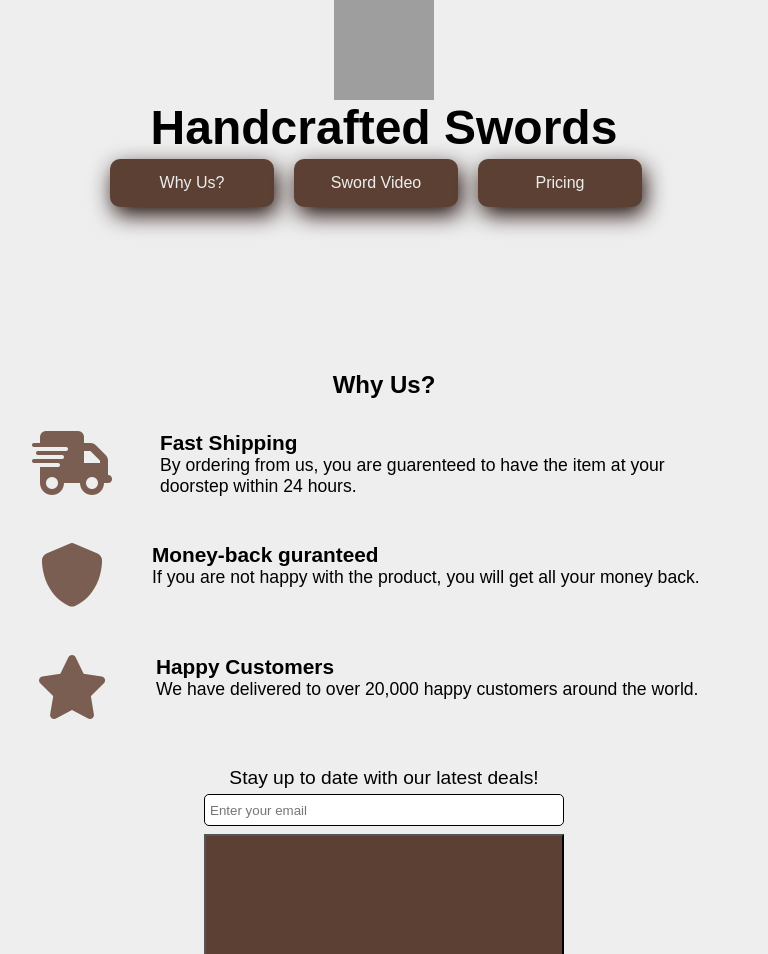
Repository: Pafestivo/Product-Landing-Page
Page: index.html
These files come from the project's save history. The page is drawn as it stood at one moment and after the next save; the edit follows.
The browser window is 768 px wide. The pictures show the part of the page from y = 0 to 954 px (the page is 1720 px tall before and 1320 px after).
Pictures or frames that could not be fetched are drawn as grey boxes. Some web libraries are served in a nearby version.

Above is the page before, as saved 2022-09-15 21:06:46.

### index.html
<!DOCTYPE html>
<html lang="en">
<head>
  <meta charset="UTF-8">
  <meta name="viewport" content="width=device-width, initial-scale=1.0">
  <link rel="stylesheet" href="styles.css">
  <script src="https://kit.fontawesome.com/e2364af56b.js" crossorigin="anonymous"></script>
  <title>Product Landing Page</title>
</head>

<body>
  <header id="header">
    <img
    id="header-img"
    src="https://static.vecteezy.com/system/resources/previews/002/323/268/non_2x/fist-icon-symbol-vector.jpg"
    width="100"
    height="100"
    />

    <h1 id="page-title">Handcrafted Swords</h1>

    <nav id="nav-bar">
      <a class="nav-link hover-effect" href="#why-us">Why Us?</a>
      <a class="nav-link hover-effect" href="#sword-video">Sword Video</a>
      <a class="nav-link hover-effect" href="#pricing">Pricing</a>
    </nav>
  </header>

  <main>
    <h2 id="why-us">Why Us?</h2>
    <div class="reason">
    <i class="fa-solid fa-truck-fast fa-4x"></i>
      <div class="reason-text">
        <h3>Fast Shipping</h3>
        <p>By ordering from us, you are guarenteed to have the item at your doorstep within 24 hours.</p>
      </div> <!-- /Reason-text-->
    </div> <!-- /Reason -->

    <div class="reason">
      <i class="fa-solid fa-shield fa-4x"></i>
      <div class="reason-text">
        <h3>Money-back guranteed</h3>
        <p>If you are not happy with the product, you will get all your money back.</p>
      </div> <!-- /Reason-text-->
    </div> <!-- /Reason -->

    <div class="reason">
      <i class="fa-solid fa-star fa-4x"></i>
      <div class="reason-text">
        <h3>Happy Customers</h3>
        <p>We have delivered to over 20,000 happy customers around the world.</p>
      </div> <!-- /Reason-text-->
      </div> <!-- /Reason -->


    <form id="form">
      <label for="email">Stay up to date with our latest deals!</label>
      <div class="input-field">
        <input
        id="email"
        type="email"
        placeholder="Enter your email"
        />
        <input
        class="hover-effect-sm"
        id="submit"
        type="submit"
        value="Register Email"
        action="https://www.freecodecamp.com/email-submit"
        />
      </div>

    </form>


    <iframe
    src="https://www.youtube.com/embed/0qC64jGCxBo?autoplay=1&mute=1"
    title="YouTube video player"
    frameborder="0"
    allow="accelerometer; autoplay; clipboard-write; encrypted-media; gyroscope; picture-in-picture"
    allowfullscreen>
    </iframe>

    <div id="prices">
      <div class="deal">

      </div><!-- /deal-->

      <div class="deal">

      </div><!-- /deal-->

      <div class="deal">

      </div><!-- /deal-->
    </div><!-- /Prices -->

  </main>
</body>
</html>

### styles.css
* {
  margin: 0;
  padding: 0;
}

html {
  box-sizing: border-box;
}

body {
  font-family: sans-serif;
  background-color: #eee;
  overflow-x: hidden;
}

/* header */
#nav-bar a {
  text-decoration: none;
  color: #eee;
  background-color: #5C4033;
  margin: 4px 2px;
  padding: 15px 32px;
  width: 100px;
  text-align: center;
  border-radius: 10px;
  transition: 0.5s;
  box-shadow: 3px 8px 22px rgb(32, 14, 11);
}

.hover-effect:hover {
  transform: scale(1.1);
}

.hover-effect-sm:hover {
  border: solid 3px #000;
}

header {
  display: grid;
  grid-template-columns: 1fr auto 1fr;
  align-items: center;
  position: fixed;
  width: 100%;
  background-color: #eee;
}

header h1 {
    font-size: 3em;
}

#nav-bar {
  display: flex;
  gap: 1rem;
  padding-right: 1rem;
  justify-self: end;
}
/* End of header */

/* Main  */
main {
  text-align: center;
}

/* Why us */
#why-us {
  padding: 10rem 0 2rem 0;
}

.reason {
  display: flex;
  justify-content: center;
}

.reason h3 {
  text-align: left;
  font-size: 1.3rem;
}

.reason p {
  width: 600px;
  font-size: 1.1rem;
  text-align: left;
}

.fa-solid {
  color: rgb(122, 94, 81);
  padding: 0 3rem 3rem 0;
}
/* End of why us */

/* Email form */
form {
  display: grid;
  max-width: 600px;
  margin: 0 auto;
  row-gap: 5px;
}

.input-field {
  display: flex;
  margin: 0 auto;
  flex-wrap: wrap;
  row-gap: 8px;
  width: 60%;
  justify-content: center;
}

label {
  font-size: 1.2rem;
}

#email {
  height: 30px;
  width: 100%;
  border-radius: 5px;
  border: solid 1px #000;
}

#email::placeholder {
  padding-left: 5px
}

#submit {
  width: 60%;
  height: 30px;
  justify-self: start;
  background-color: #5C4033;
  color: #eee;
  cursor: pointer;
  transition: 0.1s;
}
/* End of email form */

/* Video area */
iframe {
  margin-top: 20px;
  width: 800px;
  height: 450px;
  border: solid 8px rgb(142, 104, 91);
  box-shadow: 3px 8px 22px rgb(32, 14, 11);
}
/* End of video area */

/* Media Queries */
@media only screen and (max-width: 1000px) {
  header {
    grid-template-columns: 1fr;
    place-items: center;
    position: static;
  }

  #nav-bar {
    justify-self: center;
  }

  .reason p {
    max-width: 75vw;
  }

  iframe {
    width: 80vw;
    height: 45vw;
  }

  #submit {
    width: 500px;
    height: 500px;
  }
}

@media only screen and (max-width: 600px) {
  #nav-bar {
    display: grid;
    grid-template-columns: 1fr;
    justify-content: center;
    margin-top: 1rem;
  }

  #nav-bar a {
    width: 70vw;
    transition: 0;
    margin-top: 1rem;
  }

  .hover-effect:hover {
    transform: none;
  }

  #why-us {
    padding: 4rem 0 1rem 0;
  }

  .reason p {
    width: 50vw;
  }
}
/* End of media queries */


/* End of main */

After the next save:
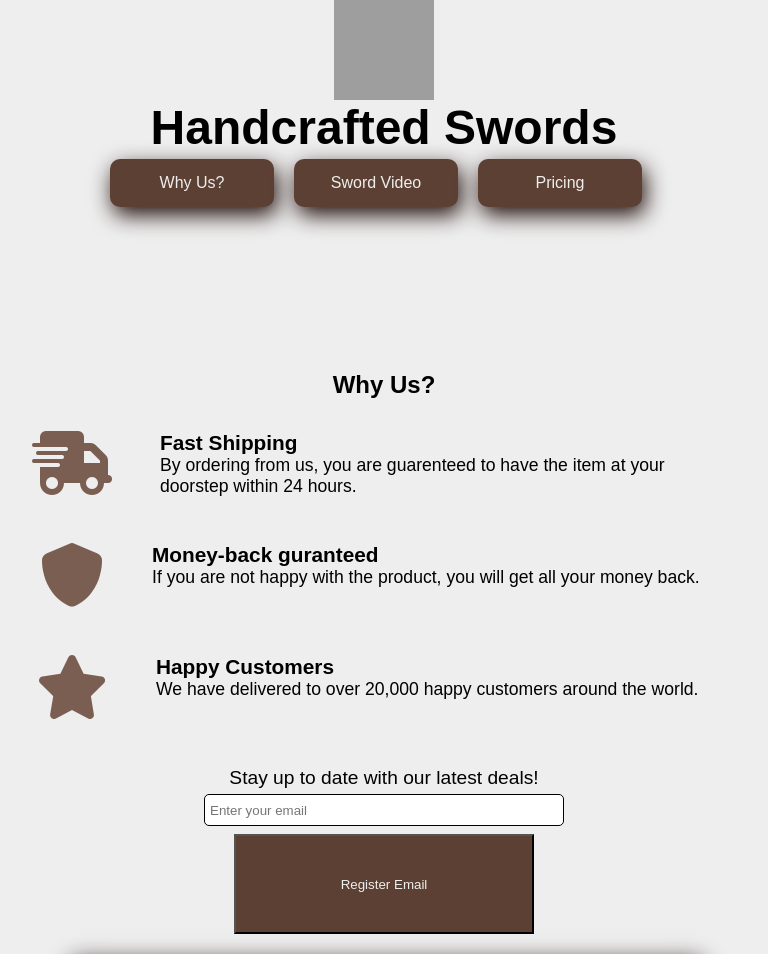
Saved 9 s later.
--- a/styles.css
+++ b/styles.css
@@ -163,8 +163,8 @@
   }
 
   #submit {
-    width: 500px;
-    height: 500px;
+    width: 300px;
+    height: 100px;
   }
 }
 
